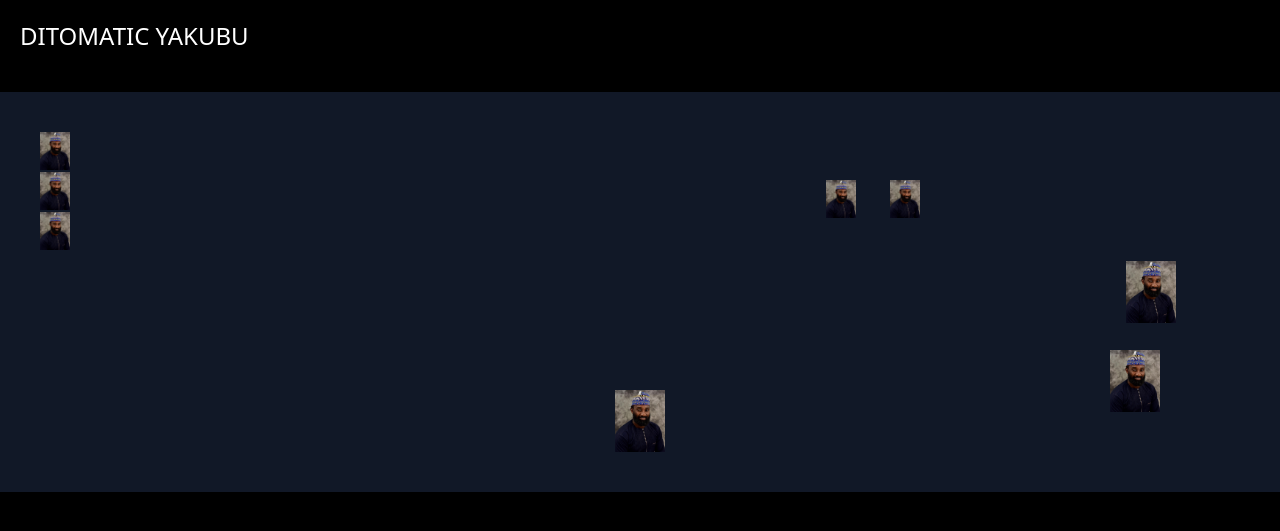
Repository: latenightsnacc/Ditomatic-Demo
Page: home.html
An editor plug-in stored every save of this project. The page is shown before and after the next save, followed by the edit.
The browser window is 1280 px wide. The pictures show the whole page.
Some web libraries are served in a nearby version.

Above is the page before, as saved 2021-02-24 11:42:06.

### home.html
<!DOCTYPE html>
<html lang="en" class="bg-black">
<head>
    <meta charset="UTF-8">
    <meta name="viewport" content="width=device-width, initial-scale=1.0">
    <!--Tailwind 2.0.2-->
    <link href="https://cdnjs.cloudflare.com/ajax/libs/tailwindcss/2.0.2/tailwind.min.css" rel="stylesheet">
    <!--Font Awesome 5.15.1-->
    <link rel="stylesheet" href="https://cdnjs.cloudflare.com/ajax/libs/font-awesome/5.15.1/css/all.min.css" integrity="sha512-+4zCK9k+qNFUR5X+cKL9EIR+ZOhtIloNl9GIKS57V1MyNsYpYcUrUeQc9vNfzsWfV28IaLL3i96P9sdNyeRssA==" crossorigin="anonymous" />
    <!-- Bootstrap 5.0.0 Beta-->
    <!-- <link href="https://cdn.jsdelivr.net/npm/bootstrap@5.0.0-beta1/dist/css/bootstrap.min.css" rel="stylesheet" integrity="sha384-giJF6kkoqNQ00vy+HMDP7azOuL0xtbfIcaT9wjKHr8RbDVddVHyTfAAsrekwKmP1" crossorigin="anonymous" /> -->
    <!--Page Title-->
    <title>Ditomatic Fotografy</title>
</head>
<body>
    <!--Header-->
    <header>
        <nav class="container-sm p-5 shadow-2xl flex flex-row justify-between">
            <a href="home.html" class="text-white uppercase text-2xl">Ditomatic Yakubu</a>
            <ul></ul>
        </nav>
    </header>
    <!--End of Header-->
    <div class="my-5"></div>
    <section class="bg-gray-900 shadow-2xl py-10">
        <div class="px-10">
            <div class="flex justify-center items-center relative h-80 group">

                <div class="absolute left-0 top-0">
                    <img src="images/malePortrait.jpg" width="30px">
                </div>
                <div class="absolute left-0 top-10">
                    <img src="images/malePortrait.jpg" width="30px" class="mb-5">
                </div>
                <div class="absolute left-0 top-20">
                    <img src="images/malePortrait.jpg" width="30px">
                </div>
                <div class="absolute right-80 top-12">
                    <img src="images/malePortrait.jpg" width="30px">
                </div>
                <div class="absolute right-96 top-12">
                    <img src="images/malePortrait.jpg" width="30px">
                </div>
                <div class="absolute right-16 top-50">
                    <img src="images/malePortrait.jpg" width="50px">
                </div>
                <div class="absolute right-20 bottom-10">
                    <img src="images/malePortrait.jpg" width="50px">
                </div>
                <div class="absolute center-0 bottom-0">
                    <img src="images/malePortrait.jpg" width="50px">
                </div>

            </div>
        </div>
    </section>
</body>
</html>

After the next save:
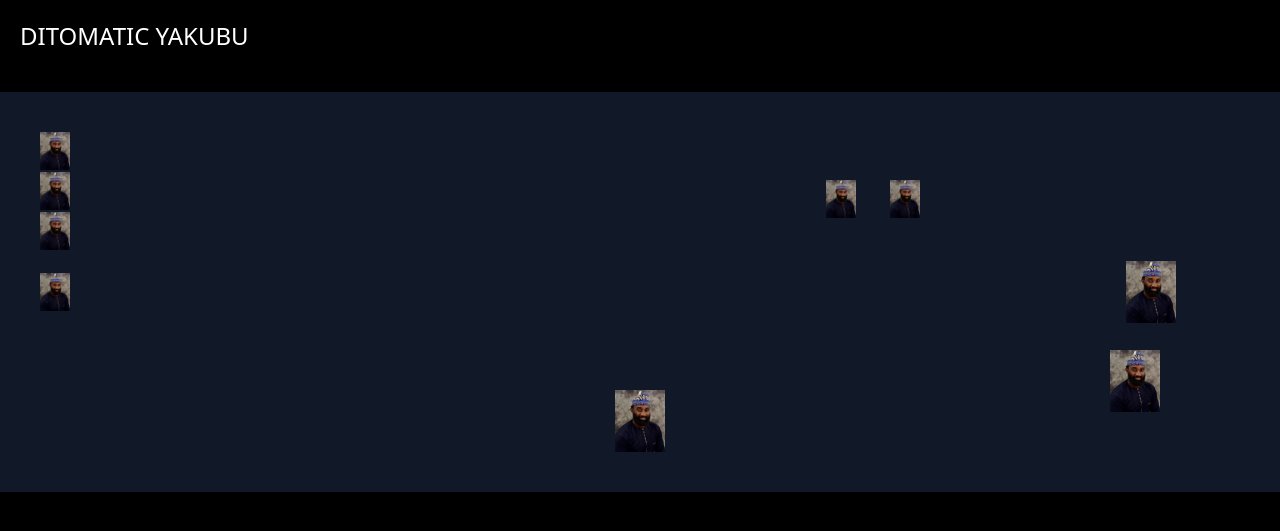
Saved 26 s later.
--- a/home.html
+++ b/home.html
@@ -30,7 +30,16 @@
                     <img src="images/malePortrait.jpg" width="30px">
                 </div>
                 <div class="absolute left-0 top-10">
-                    <img src="images/malePortrait.jpg" width="30px" class="mb-5">
+                    <img src="images/malePortrait.jpg" width="30px">
+                </div>
+                <div class="absolute left-0 top-20">
+                    <img src="images/malePortrait.jpg" width="30px">
+                </div>
+                <div class="absolute left-0 top-30">
+                    <img src="images/malePortrait.jpg" width="30px">
+                </div>
+                <div class="absolute left-0 top-20">
+                    <img src="images/malePortrait.jpg" width="30px">
                 </div>
                 <div class="absolute left-0 top-20">
                     <img src="images/malePortrait.jpg" width="30px">
